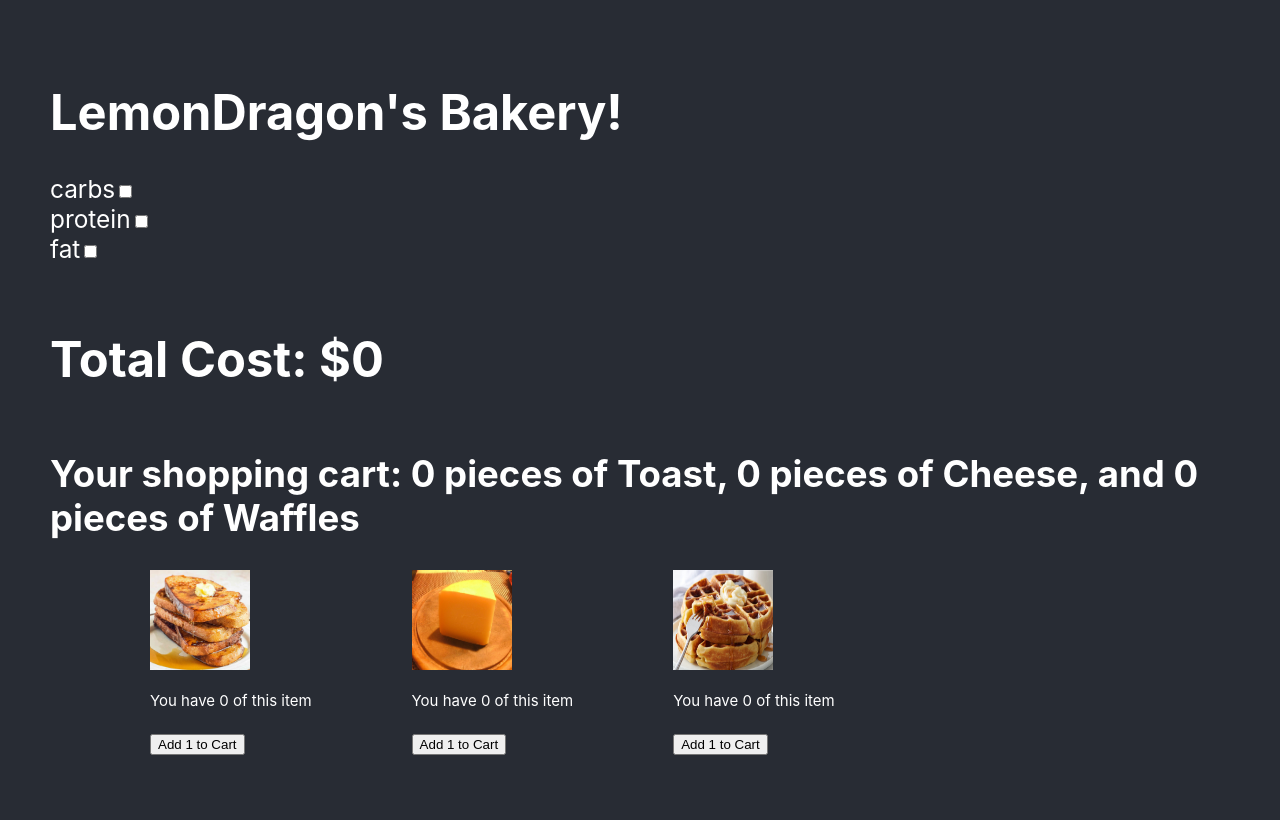
Repository: happydragon200/development
Page: /
These files come from the project's save history. The page is drawn as it stood at one moment and after a run of saves; the edit follows.
The browser window is 1280 px wide. The pictures show the whole page.
The project was rebuilt for these pictures with package versions that can differ from the ones it lists, and the page was loaded fresh each time.

Above is the page before, as saved 2022-12-02 04:47:19.

After the next 2 saves:
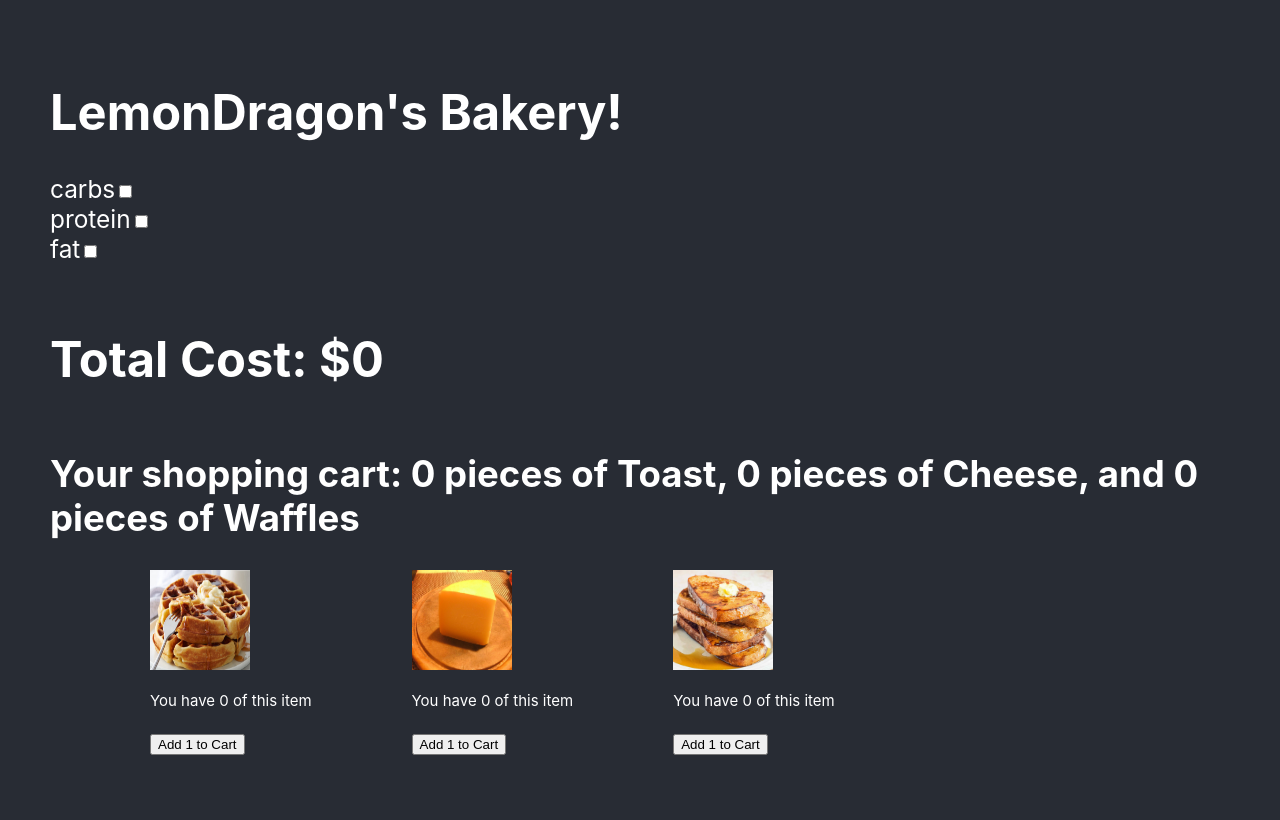
The 2 saves are shown as one change because they came seconds apart.
The last was saved 16 s later.
--- a/src/App.js
+++ b/src/App.js
@@ -133,6 +133,8 @@
   }
 
   final_list = final_list.map((item) => item.slice(-1))
+
+  final_list.reverse()
 
   console.log('sorted')
 

After the save that followed:
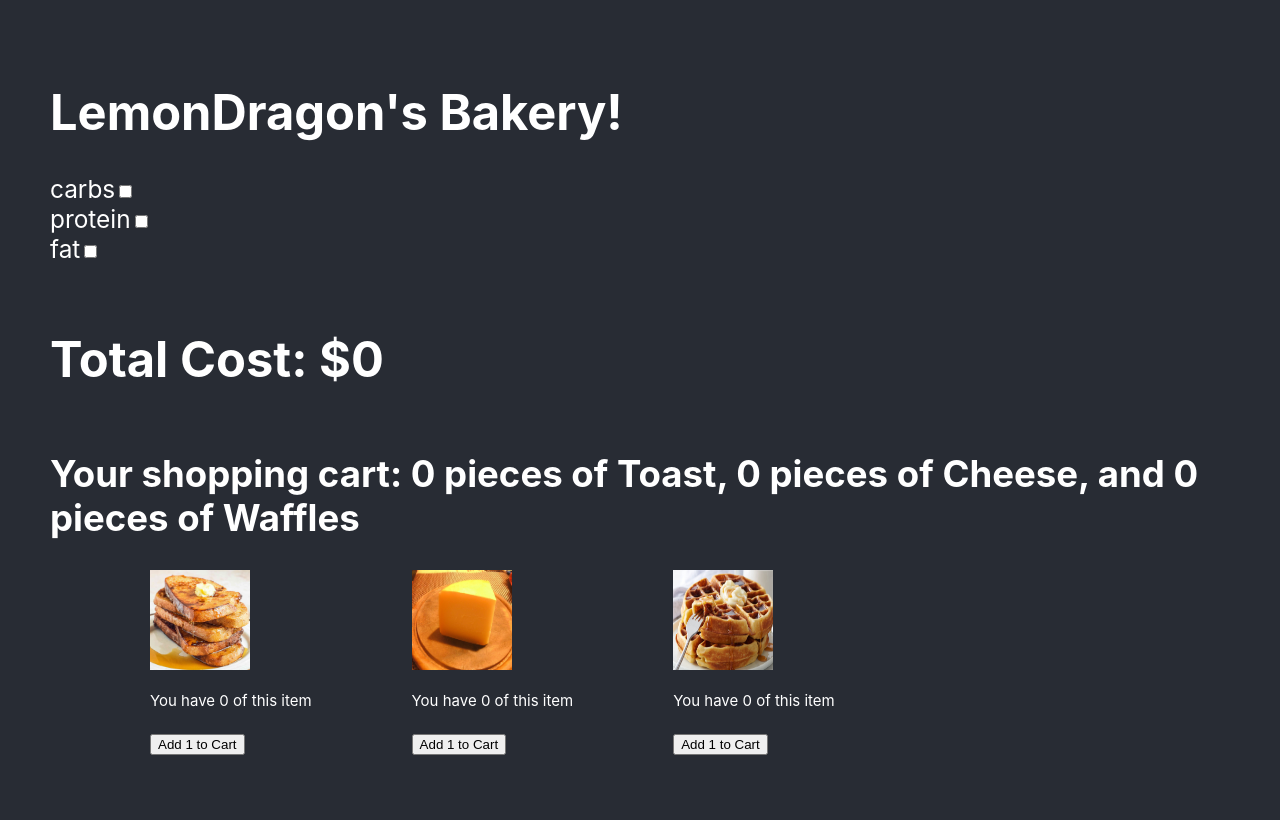
Saved 8 s later.
--- a/src/App.js
+++ b/src/App.js
@@ -133,8 +133,6 @@
   }
 
   final_list = final_list.map((item) => item.slice(-1))
-
-  final_list.reverse()
 
   console.log('sorted')
 
